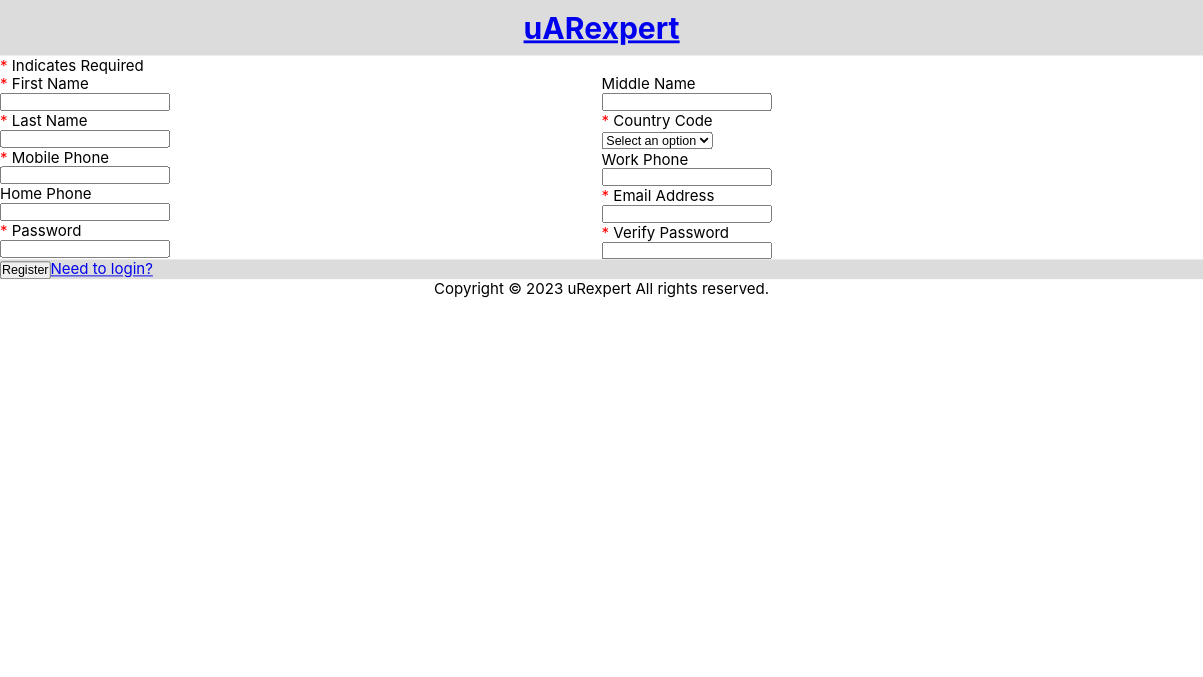
Repository: onionNguyen/Senior-Design-Project
Page: /register (app in frontend/)
The author's editor kept a copy of each file at every save. The page is drawn from the files as they stood at one save, then again after a run of saves.
The browser window is 1280 px wide. The pictures show the whole page, at 94% of full size.
The page's requests for data from a server got no answer. The project was rebuilt for these pictures with package versions that can differ from the ones it lists, and the page was loaded fresh each time. No one was signed in, and anything a server would have sent is missing. Also part of the build but not shown: frontend/src/components/pages/edit-user-profile/EditProfile.module.css, frontend/src/components/pages/edit-user-profile/EditProfile.js, frontend/src/components/pages/login/Login.module.css, frontend/src/components/pages/login/Login.js, frontend/src/components/pages/home/Home.module.css, frontend/src/components/pages/error/Unauthorized.js, frontend/src/components/pages/home/Home.js, frontend/src/components/pages/error/NotFound.js and 2 more.

Above is the page before, as saved 2023-10-27 01:24:55.

### frontend/src/index.css
* {
  box-sizing: border-box;
  margin: 0;
  padding: 0;
}

body {
  font-family: -apple-system, BlinkMacSystemFont, "Segoe UI", "Roboto", "Oxygen",
    "Ubuntu", "Cantarell", "Fira Sans", "Droid Sans", "Helvetica Neue",
    sans-serif;
  -webkit-font-smoothing: antialiased;
  -moz-osx-font-smoothing: grayscale;
}

code {
  font-family: source-code-pro, Menlo, Monaco, Consolas, "Courier New",
    monospace;
}

### frontend/src/App.js
import { BrowserRouter as Router, Routes, Route } from "react-router-dom";
import EditProfile from "./components/pages/edit-user-profile/EditProfile";
import Login from "./components/pages/login/Login";
import Home from "./components/pages/home/Home";
import Register from "./components/pages/registration/Register";
import { AuthContext } from "./helpers/AuthContext";
import { useState, useEffect } from "react";
import axios from "axios";
import NotFound from "./components/pages/error/NotFound";
import Calendar from "./components/pages/calendar/Calendar";
import RemoteViewing from "./components/pages/remote-viewing/RemoteViewing";

function App() {
  const [authState, setAuthState] = useState({
    id: 0,
    name: "",
    email: "",
    status: false,
  });

  useEffect(() => {
    axios
      .get("http://localhost:5000/auth", {
        headers: {
          accessToken: localStorage.getItem("accessToken"),
        },
      })
      .then((response) => {
        console.log(response.data);
        if (response.data.error) {
          setAuthState({
            ...authState,
            status: false,
          });
        } else {
          setAuthState({
            id: response.data.id,
            name: response.data.name,
            email: response.data.email,
            status: true,
          });
        }
      });
  }, [authState]);

  return (
    <AuthContext.Provider value={{ authState, setAuthState }}>
      <Router>
        <Routes>
          <Route path="/" exact element={<Home />} />
          <Route path="/register" exact element={<Register />} />
          <Route path="/login" exact element={<Login />} />
          <Route path="/profile/edit" exact element={<EditProfile />} />
          <Route path="/calendar" exact element={<Calendar />} />
          <Route path="/remote-viewing" exact element={<RemoteViewing />} />
          <Route path="*" exact element={<NotFound />} />
        </Routes>
      </Router>
    </AuthContext.Provider>
  );
}

export default App;

### frontend/src/components/pages/registration/Register.js
import React, { useState, useEffect } from "react";
import { useNavigate } from "react-router-dom";
import axios from "axios";
import Footer from "../../footer/Footer";
import Header from "../../header/Header";
import Input from "../../form/Input";
import styles from "./Register.module.css";
import IndicatesRequired from "../../form/IndicatesRequired";
import MessageRibbon from "../../form/MessageRibbon";

const Register = () => {
  const navigate = useNavigate();

  const [formData, setFormData] = useState({
    first_name: "",
    middle_name: "",
    last_name: "",
    country_name: "",
    mobile_phone: "",
    work_phone: "",
    home_phone: "",
    email: "",
    password: "",
    verify_password: "",
  });

  const [errorMessages, setErrorMessages] = useState([]);

  const [countryCodes, setCountryCodes] = useState([]);

  useEffect(() => {
    axios
      .get("http://localhost:5000/countries")
      .then((response) => {
        setCountryCodes(response.data.countries);
      })
      .catch((error) => {
        console.error("Error fetching country codes:", error);
      });
  }, []);

  const handleInputChange = (event) => {
    const { name, value } = event.target;
    console.log(value);
    setFormData({ ...formData, [name]: value });
  };

  const isValidEmail = (email) => {
    const emailPattern = /^[a-zA-Z0-9._%+-]+@[a-zA-Z0-9.-]+\.[a-zA-Z]{2,}$/;
    return emailPattern.test(email);
  };

  const isValidPhoneNumber = (phoneNumber) => {
    const phonePattern = /^[0-9]{10}$/;
    return phonePattern.test(phoneNumber);
  };

  const handleSubmit = (event) => {
    event.preventDefault();
    console.log(formData);

    const errors = [];

    const fieldToLablesMap = {
      first_name: "First name",
      middle_name: "Middle name",
      last_name: "Last name",
      country_name: "Country code",
      mobile_phone: "Mobile phone",
      work_phone: "Work phone",
      home_phone: "Home phone",
      email: "Email address",
      password: "Password",
      verify_password: "Verify password",
    };

    // Validation for required fields
    const requiredFields = [
      "first_name",
      "last_name",
      "country_name",
      "mobile_phone",
      "email",
      "password",
      "verify_password",
    ];

    requiredFields.forEach((field) => {
      if (!formData[field]) {
        errors.push(`${fieldToLablesMap[field]} is required.`);
      }
    });

    // Validation for field lengths
    const fieldsToCheckLength = [
      "first_name",
      "middle_name",
      "last_name",
      "email",
      "password",
      "verify_password",
    ];
    fieldsToCheckLength.forEach((field) => {
      if (formData[field] && formData[field].length > 50) {
        errors.push(
          `${fieldToLablesMap[field]} must be 50 characters or less.`
        );
      }
    });

    // Validation for phone numbers (mobile, work, home)
    const phoneFields = ["mobile_phone", "work_phone", "home_phone"];
    phoneFields.forEach((field) => {
      if (
        formData[field] &&
        (formData[field].length > 10 || !isValidPhoneNumber(formData[field]))
      ) {
        errors.push(
          `${fieldToLablesMap[field]} must be 10 characters or less and valid.`
        );
      }
    });

    // Validation for email
    if (formData.email && !isValidEmail(formData.email)) {
      errors.push("Invalid email address.");
    }

    // Validation for password and verify_password
    if (formData.password !== formData.verify_password) {
      errors.push("Passwords do not match.");
    }

    console.log(errors);
    if (errors.length === 0) {
      axios
        .post("http://localhost:5000/register", formData)
        .then((response) => {
          console.log(response.data);
          navigate("/login");
        })
        .catch((error) => {
          console.error("Error registering user:", error);
        });
      setErrorMessages([]);
      setFormData({
        first_name: "",
        middle_name: "",
        last_name: "",
        country_name: "",
        mobile_phone: "",
        work_phone: "",
        home_phone: "",
        email: "",
        password: "",
        verify_password: "",
      });
    } else {
      setErrorMessages(errors);
    }
  };

  return (
    <div>
      <Header />
      <MessageRibbon messageList={errorMessages} />
      <IndicatesRequired />
      <form onSubmit={handleSubmit} noValidate>
        <div className={styles["form-container"]}>
          <div className={styles["form-sub-container"]}>
            <Input
              label={"First Name"}
              type={"text"}
              name={"first_name"}
              value={formData.first_name}
              onChange={handleInputChange}
              required={true}
            />
            <Input
              label={"Last Name"}
              type={"text"}
              name={"last_name"}
              value={formData.last_name}
              onChange={handleInputChange}
              required={true}
            />
            <Input
              label={"Mobile Phone"}
              type={"text"}
              name={"mobile_phone"}
              value={formData.mobile_phone}
              onChange={handleInputChange}
              required={true}
            />
            <Input
              label={"Home Phone"}
              type={"text"}
              name={"home_phone"}
              value={formData.home_phone}
              onChange={handleInputChange}
              required={false}
            />
            <Input
              label={"Password"}
              type={"password"}
              name={"password"}
              value={formData.password}
              onChange={handleInputChange}
              required={true}
            />
          </div>
          <div className={styles["form-sub-container"]}>
            <Input
              label={"Middle Name"}
              type={"text"}
              name={"middle_name"}
              value={formData.middle_name}
              onChange={handleInputChange}
              required={false}
            />
            <Input
              label={"Country Code"}
              type={"select"}
              name={"country_name"}
              value={formData.country_name}
              onChange={handleInputChange}
              required={true}
              countryCodes={countryCodes}
            />
            <Input
              label={"Work Phone"}
              type={"text"}
              name={"work_phone"}
              value={formData.work_phone}
              onChange={handleInputChange}
              required={false}
            />
            <Input
              label={"Email Address"}
              type={"email"}
              name={"email"}
              value={formData.email}
              onChange={handleInputChange}
              required={true}
            />
            <Input
              label={"Verify Password"}
              type={"password"}
              name={"verify_password"}
              value={formData.verify_password}
              onChange={handleInputChange}
              required={true}
            />
          </div>
        </div>
        <div className={styles["button-ribbon"]}>
          <button>Register</button>
          <a href="http://localhost:3000/login">Need to login?</a>
        </div>
      </form>
      <Footer />
    </div>
  );
};

export default Register;

### frontend/src/components/footer/Footer.js
import React from "react";
import styles from "./Footer.module.css";

const Footer = () => {
  return (
    <div className={styles["footer"]}>
      <p>Copyright &copy; 2023 uRexpert All rights reserved.</p>
    </div>
  );
};

export default Footer;

### frontend/src/components/header/Header.js
import React from "react";
import styles from "./Header.module.css";
import { useContext } from "react";
import { AuthContext } from "../../helpers/AuthContext";
import { useNavigate, Link } from "react-router-dom";

const Header = () => {
  const { authState, setAuthState } = useContext(AuthContext);
  const navigate = useNavigate();

  const logout = () => {
    localStorage.removeItem("accessToken");
    setAuthState({
      id: 0,
      name: "",
      email: "",
      status: false,
    });
    navigate("/login");
  };

  return (
    <div className={styles["header"]}>
      <Link to="/">
        <h1>uARexpert</h1>
      </Link>
      {authState.status && <h2>{authState.name}</h2>}
      {authState.status && <button onClick={logout}>Logout</button>}
    </div>
  );
};

export default Header;

### frontend/src/components/form/Input.js
import React from "react";
import styles from "./Form.module.css";

const Input = ({
  label,
  type,
  name,
  value,
  onChange,
  required,
  countryCodes,
}) => {
  return (
    <>
      <label className={styles["display-block"]} htmlFor={name}>
        {required && <span className={styles["required"]}>* </span>}
        {label}
      </label>
      {type === "select" && (
        <select
          name={name}
          id={name}
          value={value}
          onChange={(e) => onChange(e)}
          required={required}
        >
          <option value="" disabled hidden>
            Select an option
          </option>
          {countryCodes.map((countryCode, index) => (
            <option key={index} value={countryCode.name}>
              {countryCode.name} ({countryCode.code})
            </option>
          ))}
        </select>
      )}
      {(type === "text" || type === "email" || type === "password") && (
        <input
          className={styles["display-block"]}
          type={type}
          name={name}
          id={name}
          value={value}
          onChange={(e) => onChange(e)}
          required={required}
        />
      )}
    </>
  );
};

export default Input;

### frontend/src/components/form/IndicatesRequired.js
import React from "react";
import styles from "./Form.module.css";

const IndicatesRequired = () => {
  return (
    <div>
      <span className={styles["required"]}>* </span>
      <span>Indicates Required</span>
    </div>
  );
};

export default IndicatesRequired;

### frontend/src/components/form/MessageRibbon.js
import React from "react";

const MessageRibbon = ({ messageList }) => {
  return (
    <>
      <ul>
        {messageList.map((message, index) => {
          return <li key={index}>{message}</li>;
        })}
      </ul>
    </>
  );
};

export default MessageRibbon;

### frontend/src/components/pages/registration/Register.module.css
.form-container {
  display: flex;
}

.form-sub-container {
  width: 50%;
}

.button-ribbon {
  background-color: gainsboro;
}

### frontend/src/components/header/Header.module.css
.header {
  display: flex;
  justify-content: center;
  align-items: center;
  background-color: gainsboro;
  padding: 10px 20px;
}

.left-aligned {
  display: flex;
  align-items: center;
}

#logo img {
  margin-right: 15px; /* Adjust as needed */
}

### frontend/src/components/form/Form.module.css
.display-block {
  display: block;
}

.required {
  color: red;
}

### frontend/src/components/sidenav/SideNav.js
import React from "react";
import styles from "./SideNav.module.css";
import { Link } from 'react-router-dom';

const SideNav = (props) => {
  return (
    <div className={styles.sidenav}>
      <ul className={styles.listGroup}>
        <li className={styles.listItem}>
          <Link to="/register">Register</Link>
        </li>
        <li className={styles.listItem}>
          <Link to="/profile/edit">Edit User Profile</Link>
        </li>
        <li className={styles.listItem}>
          <Link to="/remote-viewing">Remote Viewing</Link>
        </li>
        <li className={styles.listItem}>
          <Link to="/calendar">Calendar</Link>
        </li>
      </ul>
    </div>
  );
};

export default SideNav;

### frontend/src/components/sidenav/SideNav.module.css
.sidenav {
  height: 100vh;
  width: 300px; /* Fixed width to ensure uniform look across different screens */
  max-width: 80%; /* Ensure it doesn't consume too much space on smaller screens */
  z-index: 1;
  top: 0;
  left: 0;
  background-color: #232323; /* Darker color for contrast */
  transition: 0.5s ease;
  overflow-x: hidden;
  padding: 20px;
  display: flex;
  flex-direction: column;
  align-items: center;
}

.listGroup {
  width: 100%;
  list-style-type: none;
  padding: 0;
}

.listItem {
  width: 100%;
  padding: 15px 10px;
  text-align: center;
  margin-bottom: 10px;
  border-radius: 8px; /* Added border radius */
  background-color: #ada9a8;
  transition: background-color 0.3s ease; /* Transition effect for hover */
}

.listItem:hover {
  background-color: #7a7675; /* Change color on hover */
}

.listItem a {
  text-decoration: none;
  color: black; /* Ensure text is black, change as per your preference */
  font-weight: 500; /* Slightly bolder font */
  transition: color 0.3s ease; /* Transition effect for hover */
}

.listItem a:hover {
  color: white; /* Change color on hover */
}

Loaded but not shown: frontend/public/index.html (common file); frontend/src/index.js (common file); frontend/src/reportWebVitals.js (common file); frontend/src/helpers/AuthContext.js (common file); frontend/src/components/footer/Footer.module.css (common file)

After the next 2 saves:
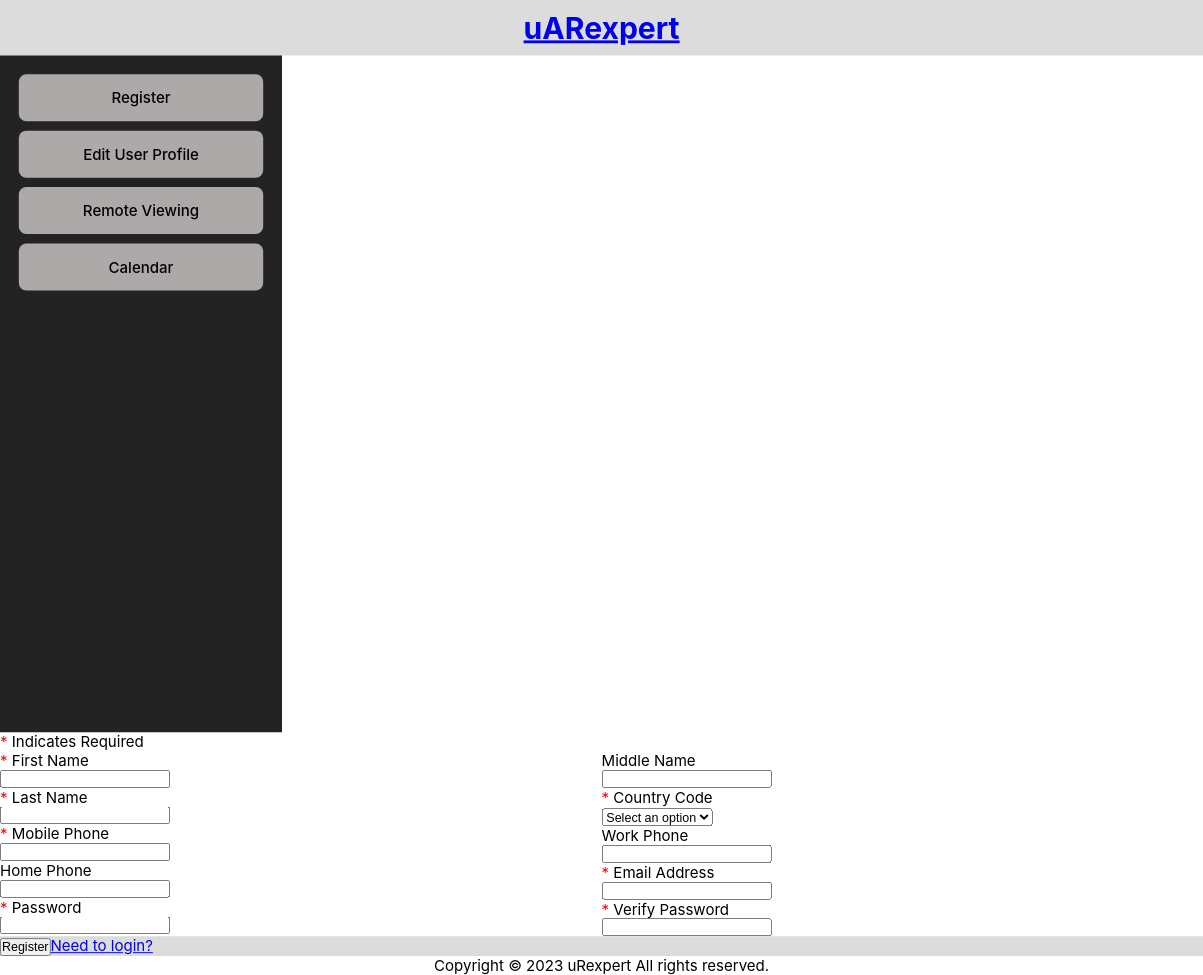
The 2 saves are shown as one change because 1 did not build or start.
The last was saved 51 s later.
--- a/frontend/src/components/pages/registration/Register.js
+++ b/frontend/src/components/pages/registration/Register.js
@@ -1,6 +1,7 @@
 import React, { useState, useEffect } from "react";
 import { useNavigate } from "react-router-dom";
 import axios from "axios";
+import SideNav from "../../sidenav/SideNav";
 import Footer from "../../footer/Footer";
 import Header from "../../header/Header";
 import Input from "../../form/Input";
@@ -163,6 +164,7 @@
   return (
     <div>
       <Header />
+      <SideNav />
       <MessageRibbon messageList={errorMessages} />
       <IndicatesRequired />
       <form onSubmit={handleSubmit} noValidate>

After the save that followed:
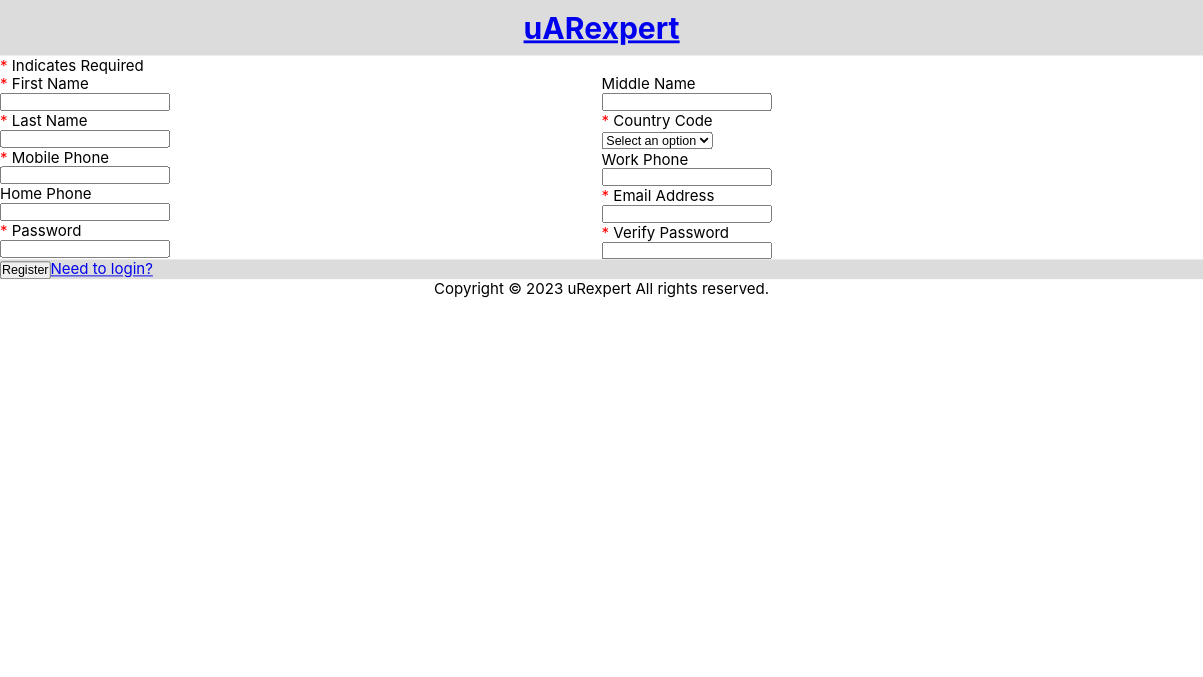
Saved 25 s later.
--- a/frontend/src/components/pages/registration/Register.js
+++ b/frontend/src/components/pages/registration/Register.js
@@ -1,7 +1,6 @@
 import React, { useState, useEffect } from "react";
 import { useNavigate } from "react-router-dom";
 import axios from "axios";
-import SideNav from "../../sidenav/SideNav";
 import Footer from "../../footer/Footer";
 import Header from "../../header/Header";
 import Input from "../../form/Input";
@@ -164,7 +163,6 @@
   return (
     <div>
       <Header />
-      <SideNav />
       <MessageRibbon messageList={errorMessages} />
       <IndicatesRequired />
       <form onSubmit={handleSubmit} noValidate>
